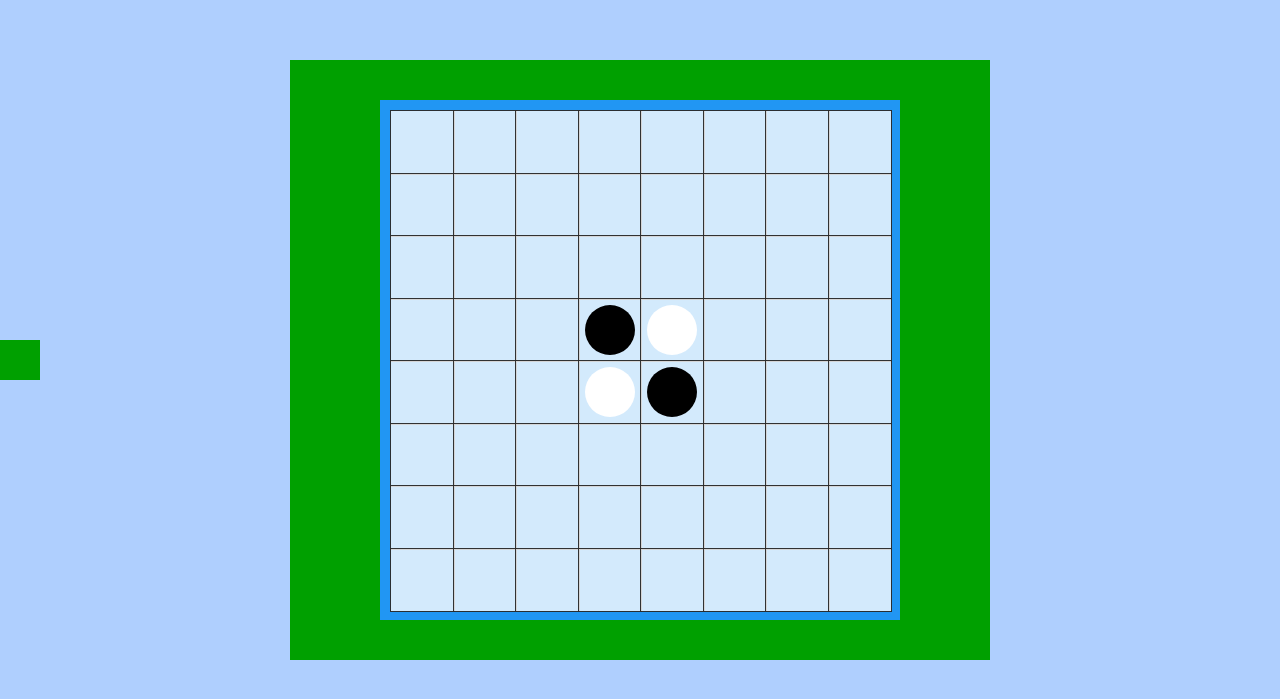
Repository: eliaoucohen72/react-reversi
Page: /
These files come from the project's save history. The page is drawn as it stood at one moment and after the next save; the edit follows.
The browser window is 1280 px wide. The pictures show the whole page.
The project was rebuilt for these pictures with package versions that can differ from the ones it lists, and the page was loaded fresh each time. Also part of the build but not shown: vite.config.ts.

Above is the page before, as saved 2024-09-05 16:06:29.

### src/App.tsx
import { useState } from "react";
import "./App.css";

type Player = "black" | "white";

// Fonction pour vérifier et retourner les pions capturés
const flipPieces = (
  board: string[],
  index: number,
  player: Player
): string[] => {
  const directions = [-1, 1, -8, 8, -9, 9, -7, 7];
  const opponent = player === "black" ? "white" : "black";
  const newBoard = [...board]; // Copier le plateau

  for (const direction of directions) {
    let i = index + direction;
    const toFlip = []; // Pions à retourner

    while (i >= 0 && i < 64 && board[i] === opponent) {
      toFlip.push(i); // Ajouter les positions des pions adverses
      i += direction;
    }

    // Si on trouve un pion du joueur à la fin de la ligne d'adversaires
    if (i >= 0 && i < 64 && board[i] === player) {
      toFlip.forEach((pos) => {
        newBoard[pos] = player; // Retourner les pions
      });
    }
  }

  return newBoard;
};

// Fonction pour vérifier si un coup est valide
const isValidMove = (
  board: string[],
  index: number,
  player: Player
): boolean => {
  if (board[index] !== "empty") return false; // La case doit être vide

  const directions = [-1, 1, -8, 8, -9, 9, -7, 7];
  const opponent = player === "black" ? "white" : "black";

  for (const direction of directions) {
    let i = index + direction;
    let foundOpponent = false;

    while (i >= 0 && i < 64 && board[i] === opponent) {
      i += direction;
      foundOpponent = true;
    }

    // Si un pion du joueur est trouvé après les pions adverses
    if (foundOpponent && i >= 0 && i < 64 && board[i] === player) {
      return true;
    }
  }

  return false;
};

function App() {
  const [currentPlayer, setCurrentPlayer] = useState<Player>("black");
  const [board, setBoard] = useState<string[]>(() => initBoard());

  // Initialiser le plateau avec les pions de départ
  function initBoard(): string[] {
    const initialBoard = Array(64).fill("empty");
    initialBoard[27] = "black";
    initialBoard[28] = "white";
    initialBoard[35] = "white";
    initialBoard[36] = "black";
    return initialBoard;
  }

  const handleClick = (i: number) => {
    if (isValidMove(board, i, currentPlayer)) {
      let newBoard = [...board];
      newBoard[i] = currentPlayer; // Placer le pion
      newBoard = flipPieces(newBoard, i, currentPlayer); // Retourner les pions
      setBoard(newBoard); // Mettre à jour le plateau

      // Passer au joueur suivant
      setCurrentPlayer(currentPlayer === "black" ? "white" : "black");
    } else {
      console.log("Coup invalide");
    }
  };

  return (
    <div className="wrapper">
      <div className="player" />
      <div className="subWrapper">
        <div className="grid-container">
          {board.map((cell, i) => (
            <div className="item" key={i}>
              <div onClick={() => handleClick(i)} className={cell} />
            </div>
          ))}
        </div>
      </div>
    </div>
  );
}

export default App;

### src/App.css
.wrapper {
  width: 100vw;
  height: 100vh;
  background-color: #afcffe;
  position: relative;
}

.player {
  position: absolute;
  width: 40px;
  height: 40px;
  top: 50%;
  left: 0%;
  transform: translate(0%, -50%);
  background-color: #00a000;
}

.subWrapper {
  position: absolute;
  width: 700px;
  height: 600px;
  background-color: #00a000;
  top: 50%;
  left: 50%;
  transform: translate(-50%, -50%);
  display: flex;
  align-items: center;
  justify-content: center;
}

.grid-container {
  display: grid;
  grid-template-columns: 12.5% 12.5% 12.5% 12.5% 12.5% 12.5% 12.5% 12.5%;
  background-color: #2196f3;
  padding: 10px;
  width: 500px;
  height: 500px;
}
.item {
  background-color: rgba(255, 255, 255, 0.8);
  border: 1px solid rgba(0, 0, 0, 0.8);
  text-align: center;
  font-size: 16px;
  display: flex;
  align-items: center;
  justify-content: center;
  height: 100%;
  width: 100%;
}

.white {
  background-color: rgba(255, 255, 255);
  height: 80%;
  width: 80%;
  border-radius: 30px;
}

.black {
  background-color: rgba(0, 0, 0);
  height: 80%;
  width: 80%;
  border-radius: 30px;
}

.empty {
  height: 80%;
  width: 80%;
  border-radius: 30px;
}

Loaded but not shown: index.html (common file); src/main.tsx (common file); src/index.css (common file)

After the next save:
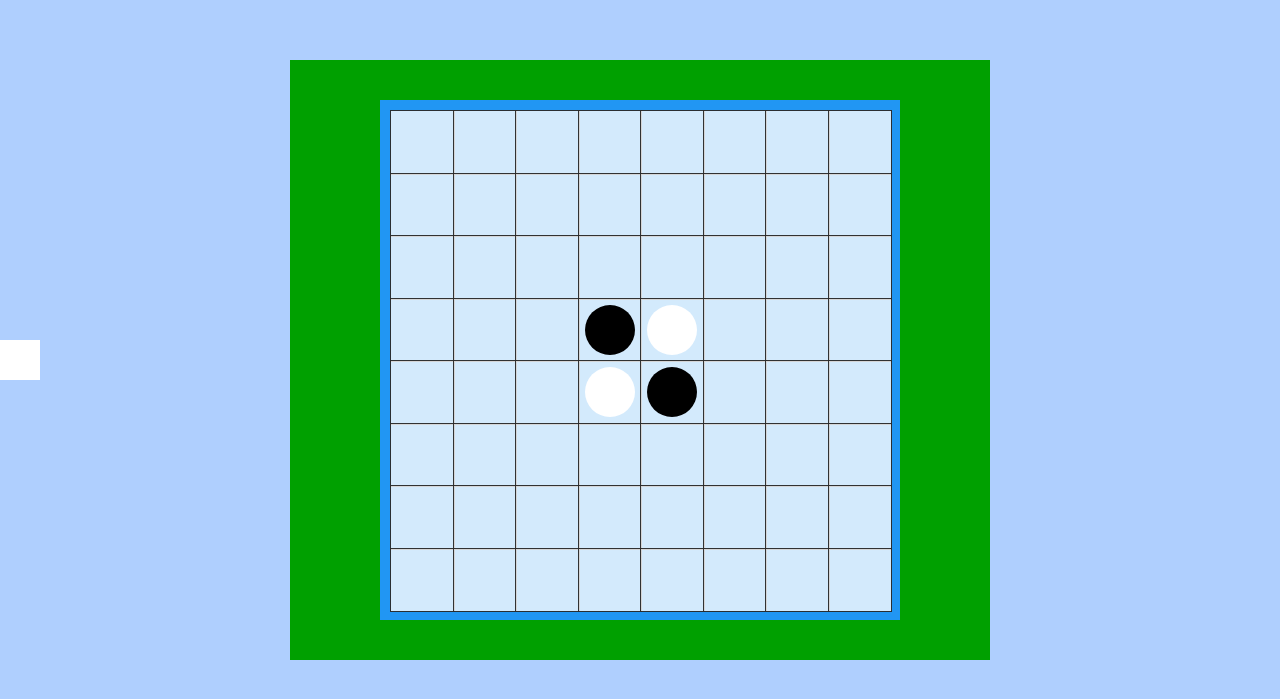
Saved 7 s later.
--- a/src/App.css
+++ b/src/App.css
@@ -12,7 +12,7 @@
   top: 50%;
   left: 0%;
   transform: translate(0%, -50%);
-  background-color: #00a000;
+  background-color: #ffffff;
 }
 
 .subWrapper {
